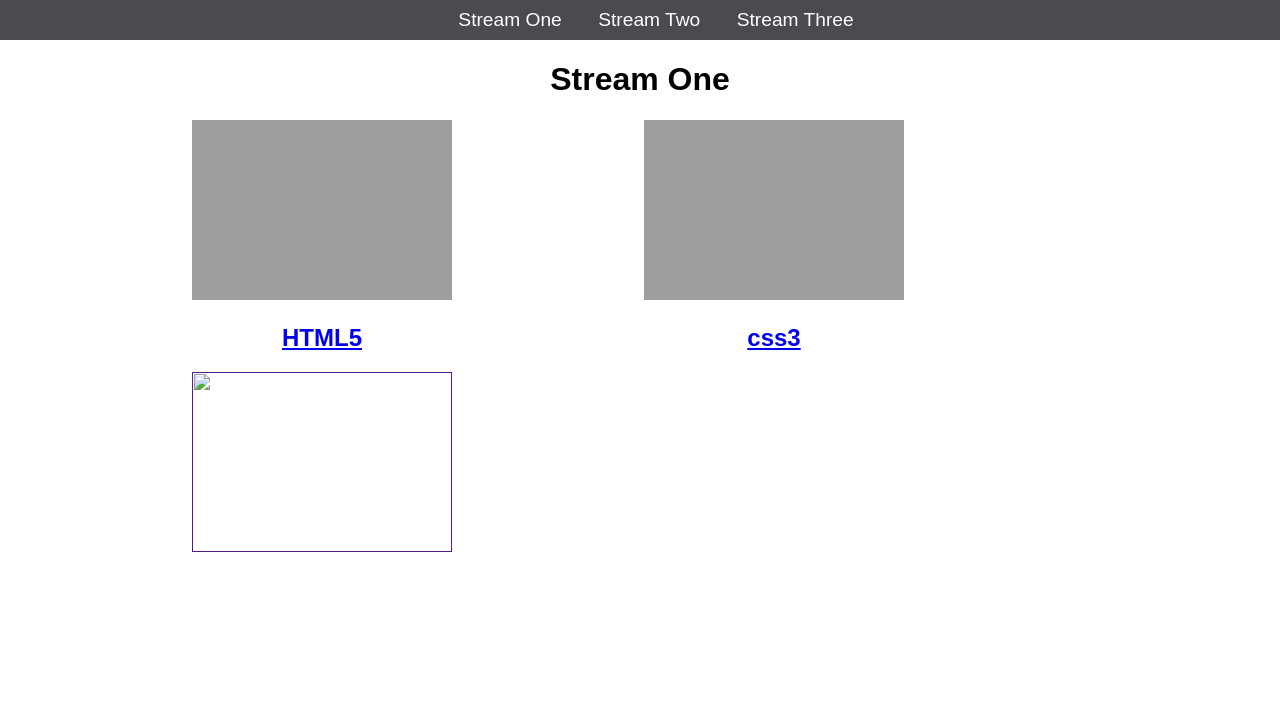
Repository: juliancameron/my-first-website
Page: stream-one.html
The author's editor kept a record of every edit. The page is drawn from the files as they stood at one moment, then again after the next edit.
The browser window is 1280 px wide. The pictures show the whole page.
Pictures or frames that could not be fetched are drawn as grey boxes.

Above is the page before.

### stream-one.html
<!DOCTYPE html>
<html>
    <head>
        <title>Hello World</title>
        <link rel="stylesheet" href="css/style.css" type="text/css" />
    </head>
    <body>
        <nav>
            <ul>
                <li><a href="stream-one.html">Stream One</a></li>
                <li><a href="stream-two.html">Stream Two</a></li>
                <li><a href="stream-three.html">Stream Three</a></li>
            </ul>
        </nav>
        <h1>Stream One</h1>
        <div class="card">
            <a href="https://en.wikipedia.org/wiki/HTML5">
                <img src="https://upload.wikimedia.org/wikipedia/commons/6/61/HTML5_logo_and_wordmark.svg" />
                <h2>HTML5</h2>
            </a>
        </div>

        <div class="card">
            <a href="https://en.wikipedia.org/wiki/Cascading_Style_Sheets" />
            <img src="https://upload.wikimedia.org/wikipedia/commons/d/d5/CSS3_logo_and_wordmark.svg">
            <h2>css3</h2>
            </a>
        </div>

        <di class="card">
            <a href=""/>
            <img src="">
            <h2></h2>
            </a>
        </di>
    </body>


</html>

### css/style.css
body {
  margin: 0;
  padding: 0;
  font-family: 'Oswald', sans-serif;
}

nav ul {
  list-style: none;
  background-color: #4a4a4f;
  text-align: center;
  padding: 0;
  margin: 0;
}

nav li {
  font-size: 1.2em;
  line-height: 40px;
  height: 40px;
  display: inline-block;
  margin-left: 2.5%;
}

nav a {
  text-decoration: none;
  color: #fff;
  display: block;
}

nav a:hover {
  background-color: #fff;
  color: #4a4a4f;
}

h1 {
  text-align: center;
}

.card {
    float: left;
    width: 30%;
    margin-left: 15%;
    max-width: 260px;
    min-width: 150px;
}

.card a {
    text-align: center;
}

img {
    width: 100%;
    height: 180px;
}

After the next edit:
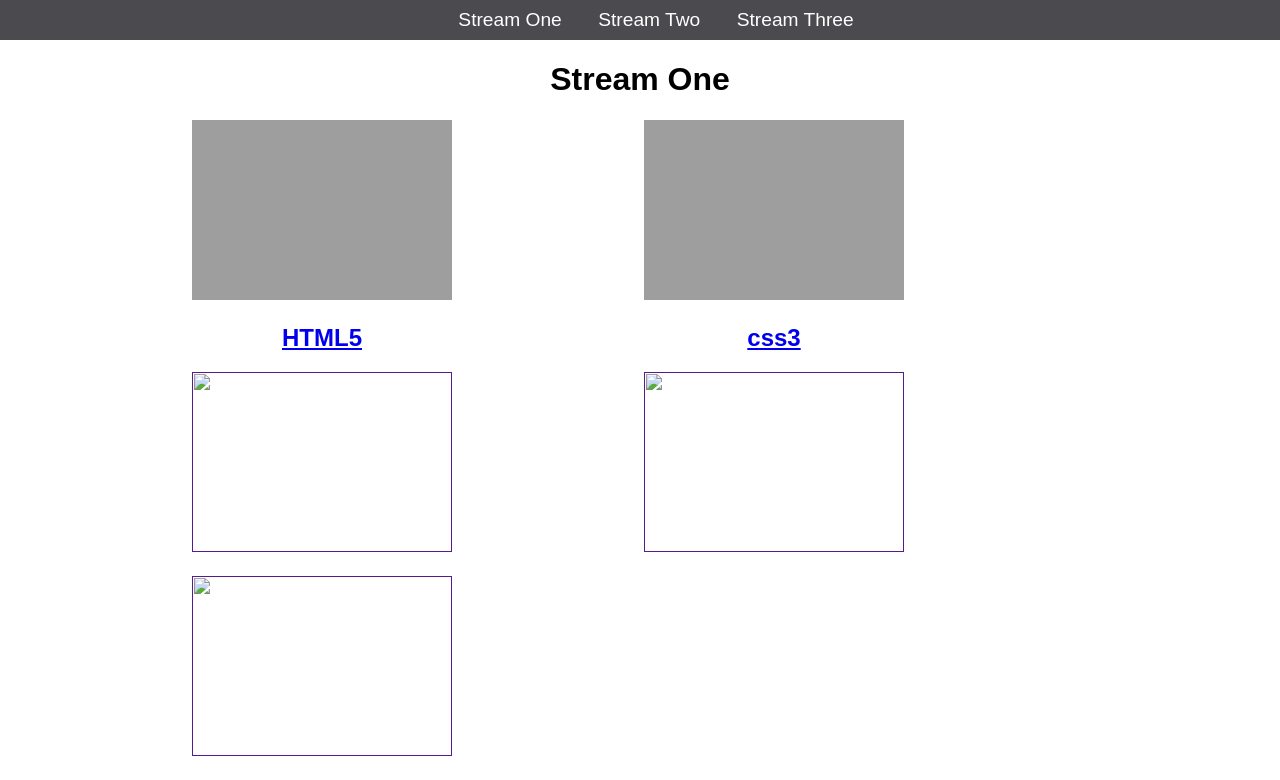
The edit:
--- a/stream-one.html
+++ b/stream-one.html
@@ -33,6 +33,20 @@
             <h2></h2>
             </a>
         </di>
+
+        <di class="card">
+            <a href=""/>
+            <img src="">
+            <h2></h2>
+            </a>
+        </di>
+
+        <di class="card">
+            <a href=""/>
+            <img src="">
+            <h2></h2>
+            </a>
+        </di>
     </body>
 
 
